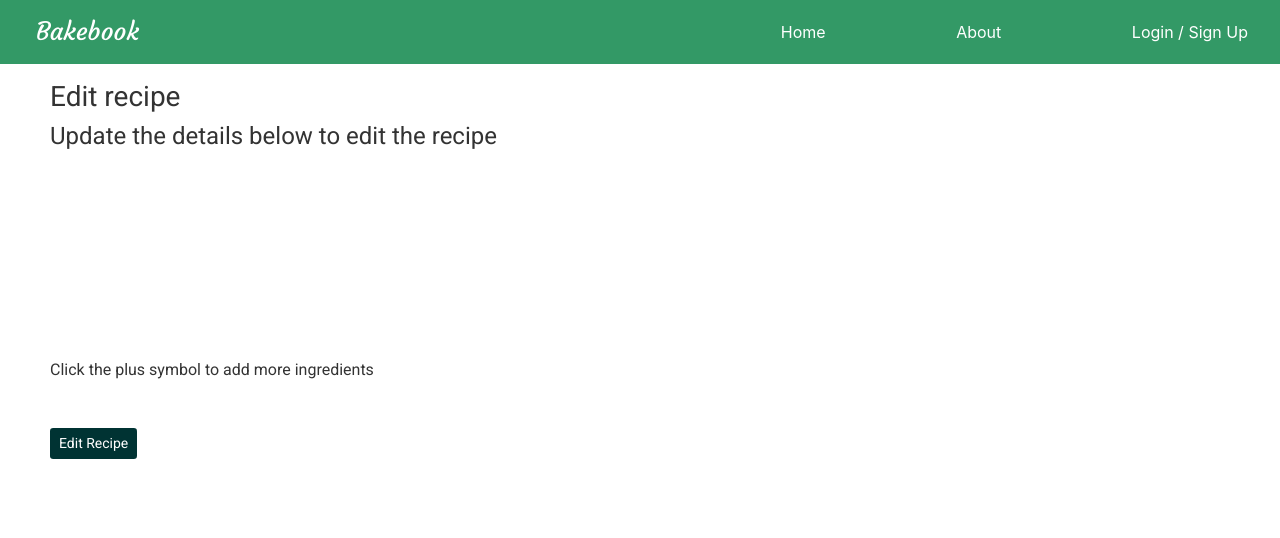
Repository: kmaaallen/bake_book
Page: templates/editrecipe.html
The author's editor kept a record of every edit. The page is drawn from the files as they stood at one moment, then again after the next edit.
The browser window is 1280 px wide. The pictures show the whole page.
Some web libraries are served in a nearby version. The template is drawn by Flask 3. The application's start-up code is not run. The template is opened directly, without the code that normally fills it, so the values that code supplies are empty.

Above is the page before.

After the next edit:
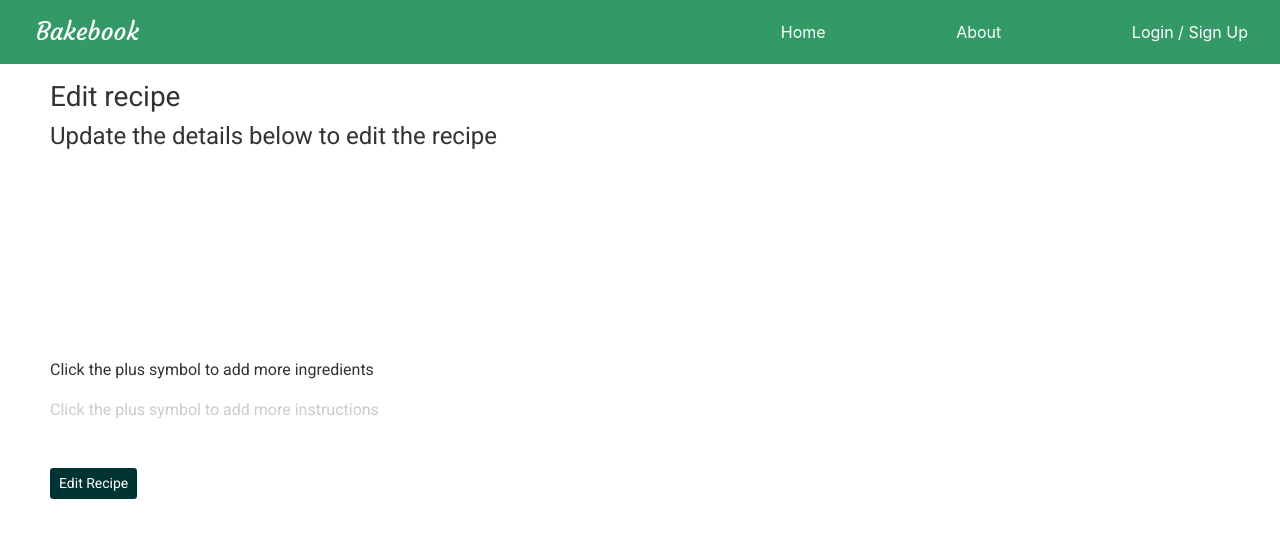
The edit:
--- a/templates/editrecipe.html
+++ b/templates/editrecipe.html
@@ -43,6 +43,7 @@
             {% endfor %}
         </div>
         {{ form.method.label }}
+        <p class="helper-text">Click the plus symbol to add more instructions</p>
         <div id="method" class="input-div-width">
             {% for step in form.method.data %}
             <div><textarea class='method' name='method'>{{step}}</textarea><a class="btn add-btn" id="addNewStep"><i class="material-icons">add</i></a></div>
